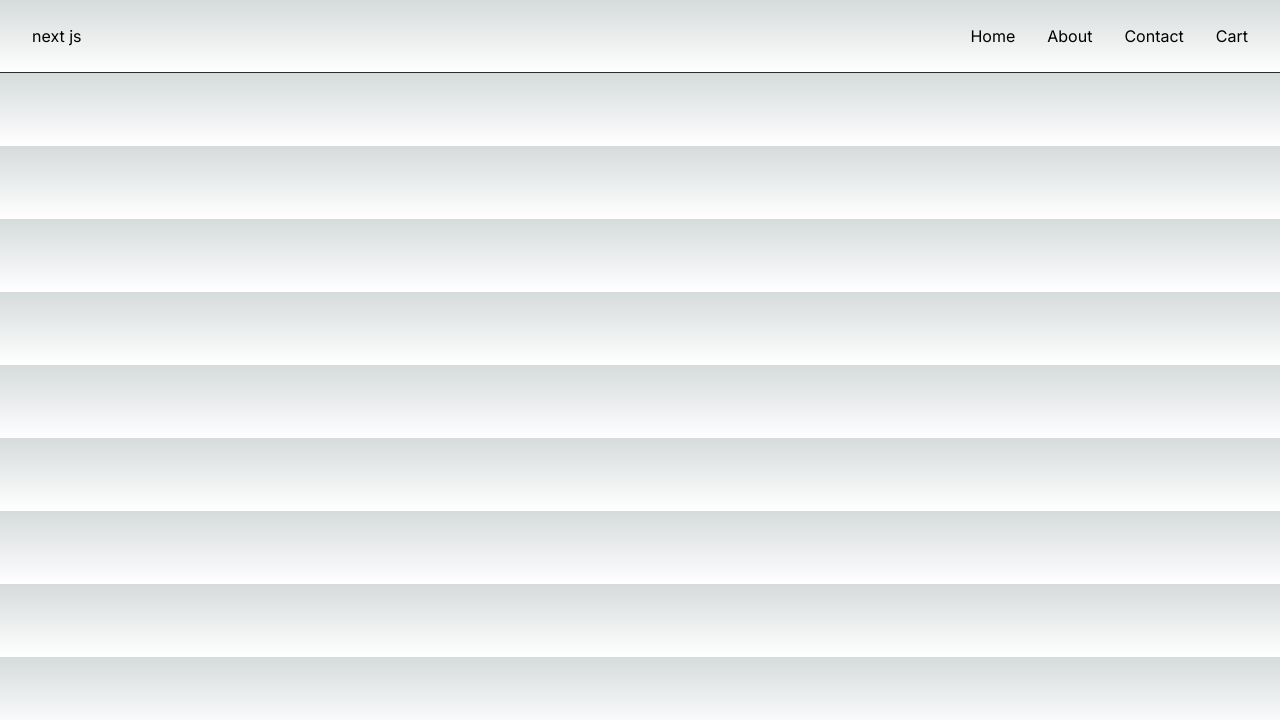
Repository: VilokMasuti/Nextjs-practice
Page: /cart
These files come from the project's save history. The page is drawn as it stood at one moment and after the next save; the edit follows.
The browser window is 1280 px wide. The pictures show the whole page.
The project was rebuilt for these pictures with package versions that can differ from the ones it lists, and the page was loaded fresh each time. The framework's server and built-in components were replaced by stand-ins that run in the browser. Also part of the build but not shown: next.config.mjs.

Above is the page before, as saved 2024-03-03 21:09:38.

### app/layout.tsx
import type { Metadata } from "next";
import { Inter } from "next/font/google";
import "./globals.css";

import Navbar from "../components/Navbar";

const inter = Inter({ subsets: ["latin"] });

export const metadata: Metadata = {
  title: "Create Next App",
  description: "Generated by create next app",
};

export default function RootLayout({
  children,
}: Readonly<{
  children: React.ReactNode;
}>) {
  return (
    <html lang="en">
      <body className={inter.className}>
        <Navbar />
        {children}
      </body>
    </html>
  );
}

### app/(dashbord)/cart/page.tsx
import React from "react";

const cart = () => {
  return <div></div>;
};

export default cart;

### components/Navbar.tsx
import Link from "next/link";
import styles from "./navbar.module.css";

const Navbar = () => {
  return (
    <header>
      <nav className={styles.nav}>
        <p> next js</p>
        <ul className={styles.links}>
          <Link href="/">
            <li> Home </li>
          </Link>
          <Link href="/about">
            <li> About</li>
          </Link>
          <Link href="/contact">
            <li> Contact</li>
          </Link>
          <Link href="/cart">
            <li> Cart</li>
          </Link>
        </ul>
      </nav>
    </header>
  );
};

export default Navbar;

### components/navbar.module.css
.nav {
  width: 100%;
  padding: 1.5rem 2rem;
  display: flex;
  align-items: center;
  justify-content: space-between;
  flex-wrap: wrap;
  border-bottom: 1px solid #2c2c2c;
}
.links {
  flex: 1;
  list-style: none;
  display: flex;
  justify-content: end;
  align-items: center;
  gap: 2rem;
}
.links li {
  white-space: nowrap;
  cursor: pointer;
}
.links li:hover,
.links li:active {
  color: #0099ff;
}

Loaded but not shown: app/globals.css (common file); tailwind.config.ts (common file)

After the next save:
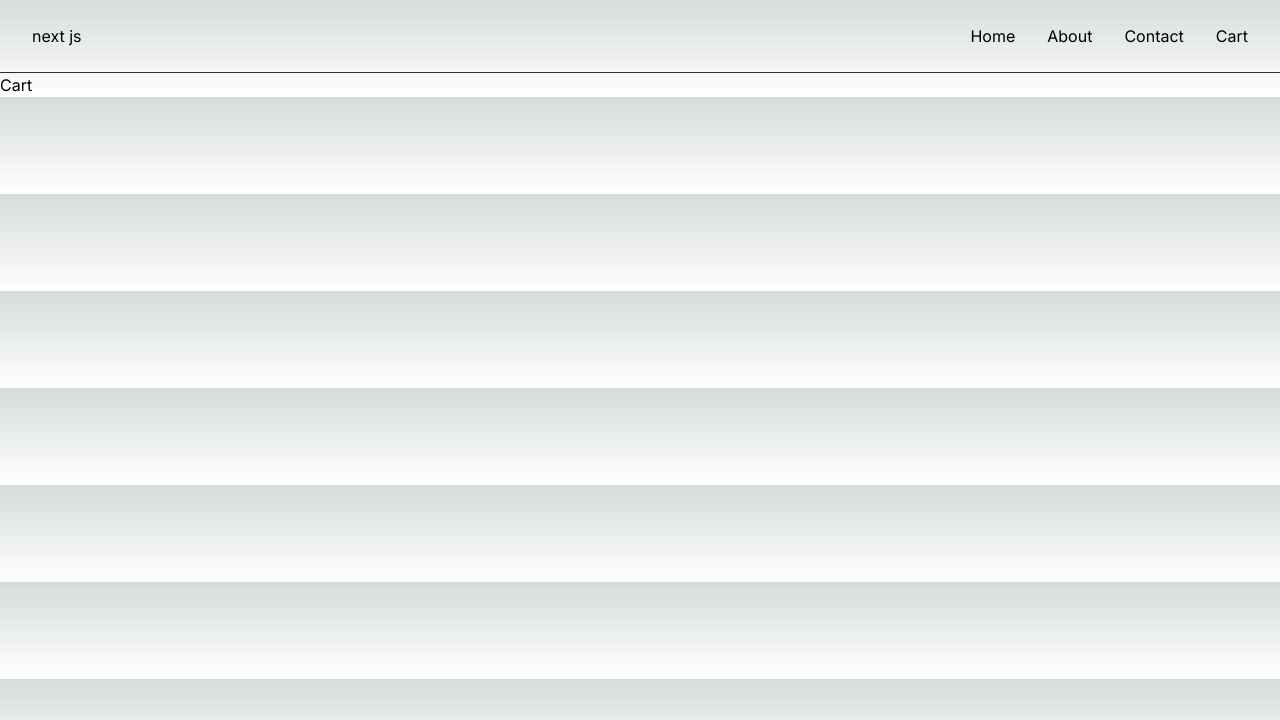
Saved 8 s later.
--- a/app/(dashbord)/cart/page.tsx
+++ b/app/(dashbord)/cart/page.tsx
@@ -1,7 +1,7 @@
 import React from "react";
 
 const cart = () => {
-  return <div></div>;
+  return <div> Cart</div>;
 };
 
 export default cart;
